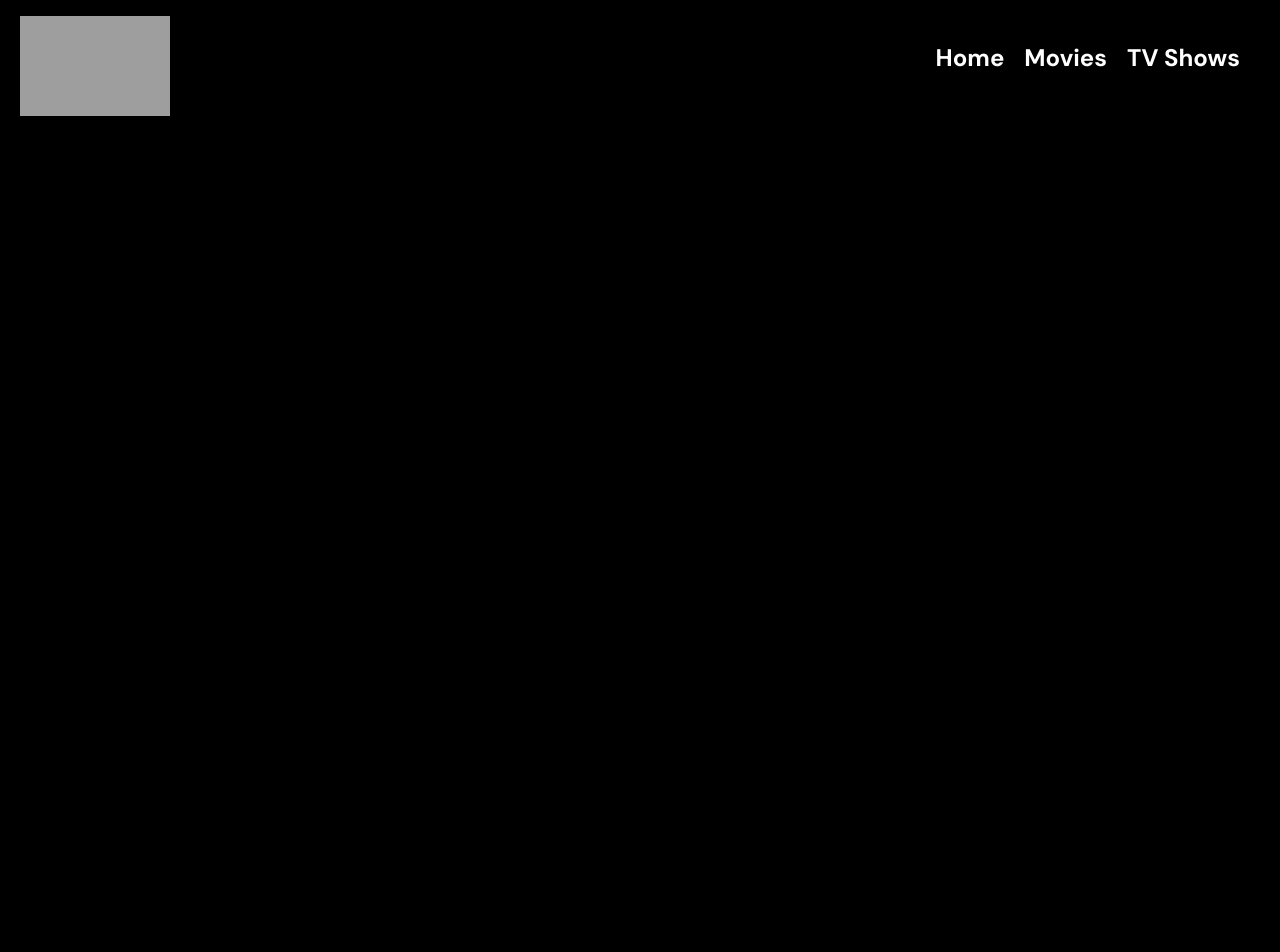
Repository: quynguyenn97/react-movie-app
Page: /
The author's editor kept a copy of each file at every save. The page is drawn from the files as they stood at one save, then again after the next save.
The browser window is 1280 px wide. The pictures show the part of the page from y = 0 to 952 px (the page is 2000 px tall before and 1996 px after).
Pictures or frames that could not be fetched are drawn as grey boxes. The page's requests for data from a server got no answer. The project was rebuilt for these pictures with package versions that can differ from the ones it lists, and the page was loaded fresh each time. No one was signed in, and anything a server would have sent is missing. Also part of the build but not shown: src/components/button/Button.js, src/hook/useDebounce.js, src/components/shows/ShowsCard.js, src/pages/ShowPage.js, src/pages/ShowDetailPage.js.

Above is the page before, as saved 2022-10-15 09:08:14.

### public/index.html
<!DOCTYPE html>
<html lang="en">
    <head>
        <meta charset="utf-8" />
        <link rel="icon" href="%PUBLIC_URL%/favicon.ico" />
        <meta name="viewport" content="width=device-width, initial-scale=1" />
        <meta name="theme-color" content="#000000" />
        <meta
            name="description"
            content="Web site created using create-react-app" />
        <link rel="apple-touch-icon" href="%PUBLIC_URL%/logo192.png" />
        <!--
      manifest.json provides metadata used when your web app is installed on a
      user's mobile device or desktop. See https://developers.google.com/web/fundamentals/web-app-manifest/
    -->
        <link rel="manifest" href="%PUBLIC_URL%/manifest.json" />
        <!--
      Notice the use of %PUBLIC_URL% in the tags above.
      It will be replaced with the URL of the `public` folder during the build.
      Only files inside the `public` folder can be referenced from the HTML.

      Unlike "/favicon.ico" or "favicon.ico", "%PUBLIC_URL%/favicon.ico" will
      work correctly both with client-side routing and a non-root public URL.
      Learn how to configure a non-root public URL by running `npm run build`.
    -->
        <link rel="preconnect" href="https://fonts.googleapis.com" />
        <link rel="preconnect" href="https://fonts.gstatic.com" crossorigin />
        <link
            href="https://fonts.googleapis.com/css2?family=DM+Sans:wght@400;500;700&display=swap"
            rel="stylesheet" />
        <title>React App</title>
    </head>
    <body>
        <noscript>You need to enable JavaScript to run this app.</noscript>
        <div id="root"></div>
        <!--
      This HTML file is a template.
      If you open it directly in the browser, you will see an empty page.

      You can add webfonts, meta tags, or analytics to this file.
      The build step will place the bundled scripts into the <body> tag.

      To begin the development, run `npm start` or `yarn start`.
      To create a production bundle, use `npm run build` or `yarn build`.
    --></body>
</html>

### src/index.js
import React from "react";
import ReactDOM from "react-dom/client";
import "./index.scss";
import App from "./App";
import reportWebVitals from "./reportWebVitals";
import { BrowserRouter } from "react-router-dom";

const root = ReactDOM.createRoot(document.getElementById("root"));
root.render(
    <BrowserRouter>
        <React.StrictMode>
            <App />
        </React.StrictMode>
    </BrowserRouter>
);

// If you want to start measuring performance in your app, pass a function
// to log results (for example: reportWebVitals(console.log))
// or send to an analytics endpoint. Learn more: https://bit.ly/CRA-vitals
reportWebVitals();

### src/index.scss
@tailwind base;
@tailwind components;
@tailwind utilities;

@layer base {
    body {
        @apply bg-black font-body px-5 text-white;
    }
}
@layer components {
    .page-container {
        max-width: 1280px;
        @apply mx-auto;
    }
    .movie-list .swiper-slide {
        width: 300px;
        height: auto;
    }
    .banner .swiper {
        height: 100%;
    }
    .btn {
        box-shadow: 0 0 6px 6px rgba(#fc2872, 0.3);
    }
    .btn-custom {
        background: linear-gradient(107.61deg, #00a7b4 15.59%, #a4d96c 87.25%);
        border-radius: 8px;
        box-shadow: 0 0 6px 6px rgba(#a4d96c, 0.3);
    }
    .contact :hover {
        color: #a4d96c;
    }
}
.pagination {
    display: flex;
    align-items: center;
    justify-content: center;
    gap: 20px;
    .selected {
        @apply text-primary;
    }
}
.skeleton {
    background-color: #eee;
    background-image: linear-gradient(
        110deg,
        #ececec 8%,
        #f5f5f5 18%,
        #ececec 33%
    );
    background-size: 200% 100%;
    animation: 1.5s shine linear infinite;
}
@keyframes shine {
    to {
        background-position-x: -200%;
    }
}

### src/App.js
import { Fragment, lazy, Suspense } from "react";
import Banner from "./banner/Banner";
import "swiper/scss";
import "swiper/css/autoplay";
import { Route, Routes } from "react-router-dom";
import Main from "./layout/Main";
import ShowPage from "./pages/ShowPage";
import ShowDetailsPage from "./pages/ShowDetailPage";
const HomePage = lazy(() => import("./pages/HomePage"));
const MovieDetailsPage = lazy(() => import("./pages/MovieDetailsPage"));
const MoviePage = lazy(() => import("./pages/MoviePage"));

function App() {
    return (
        <Fragment>
            <Suspense fallback={<></>}>
                <Routes>
                    <Route element={<Main></Main>}>
                        <Route
                            path="/"
                            element={
                                <>
                                    <Banner></Banner>
                                    <HomePage></HomePage>
                                </>
                            }></Route>
                        <Route
                            path="/movies"
                            element={<MoviePage></MoviePage>}></Route>
                        <Route
                            path="/movie/:movieId"
                            element={
                                <MovieDetailsPage></MovieDetailsPage>
                            }></Route>
                        <Route
                            path="/shows"
                            element={<ShowPage></ShowPage>}></Route>
                        <Route
                            path="/show/:showId"
                            element={
                                <ShowDetailsPage></ShowDetailsPage>
                            }></Route>
                    </Route>
                </Routes>
            </Suspense>
        </Fragment>
    );
}

export default App;

### src/banner/Banner.js
import React from "react";
import useSWR from "swr";
import { fetcher } from "../config";
import { SwiperSlide, Swiper } from "swiper/react";
import { useNavigate } from "react-router-dom";
import Button from "../components/button/Button";
import { tmdbAPI } from "../config";

const Banner = () => {
    const { data } = useSWR(tmdbAPI.getMovieList("upcoming"), fetcher);
    const movies = data?.results || [];
    return (
        <section className="banner h-[800px] page-container mb-10">
            <Swiper
                grabCursor={"true"}
                spaceBetween={40}
                slidesPerView={"auto"}>
                {movies &&
                    movies.length > 0 &&
                    movies.map((item, index) => {
                        return (
                            <SwiperSlide key={`index-${index}`}>
                                <BannerItem item={item}></BannerItem>
                            </SwiperSlide>
                        );
                    })}
            </Swiper>
        </section>
    );
};
function BannerItem({ item }) {
    const navigate = useNavigate();

    return (
        <div className="w-full h-full rounded-3xl relative flex">
            <div className="overlay absolute inset-0 bg-gradient-to-t from-[rgba(0,0,0,0.8)] to-[rgba(0,0,0,0.8)] rounded-lg"></div>
            <img
                src={tmdbAPI.imageOriginal(item.poster_path)}
                alt=""
                className="w-full h-full object-cover rounded-lg "
            />
            <>
                <div className="md:w-[250px] md:h-[400px] lg:w-[300px] lg:h-[500px] xl:w-[400px] xl:h-[600px] w-[200px] h-[400px] absolute right-[10%] top-[10%] md:top-[30%] lg:top-[20%] rounded-3xl z-10">
                    <img
                        className="w-full h-full object-cover rounded-3xl"
                        alt=""
                        src={tmdbAPI.imageOriginal(item.backdrop_path)}
                    />
                </div>
                <div className="absolute left-5 top-[30%]  md:w-[350px] lg:w-[500px] xl:w-[600px] w-[200px] text-white">
                    <h2 className="font-bold text-4xl lg:text-6xl mb-5">
                        {item.title}
                    </h2>
                    <p className="text-md lg:text-xl mb-5">{item.overview}</p>
                    <div className="flex items-center gap-x-3">
                        <Button
                            onClick={() => navigate(`/movie/${item.id}`)}
                            className="btn"
                            bgColor="bg-primary">
                            Watch now
                        </Button>
                    </div>
                </div>
            </>
        </div>
    );
}
export default Banner;

### src/layout/Main.js
import React, { Fragment } from "react";
import Header from "./Header";
import { Outlet } from "react-router-dom";
const Main = () => {
    return (
        <Fragment>
            <Header></Header>
            <Outlet></Outlet>
        </Fragment>
    );
};

export default Main;

### src/pages/HomePage.js
import React, { Fragment } from "react";
import MovieList from "../components/movie/MovieList";
import ShowsList from "../components/shows/ShowsList";
import Footer from "../layout/Footer";
const HomePage = () => {
    return (
        <Fragment>
            <section className="movies-layout page-container pb-20">
                <h2 className="text-primary capitalize mb-5 text-3xl font-bold">
                    Now playing
                </h2>
                <MovieList></MovieList>
                <div className="movie-list grid grid-cols-4 gap-10"></div>
            </section>
            <section className="movies-layout page-container pb-20">
                <h2 className="text-primary capitalize mb-5 text-3xl font-bold">
                    Top Rated
                </h2>
                <MovieList type="top_rated"></MovieList>
            </section>
            <section className="movies-layout page-container pb-20">
                <h2 className="text-primary capitalize mb-5 text-3xl font-bold">
                    Trending
                </h2>
                <MovieList type="popular"></MovieList>
            </section>
            <section className="movies-layout page-container pb-20">
                <h2 className="text-[#88d13a] capitalize mb-5 text-3xl font-bold">
                    TV Shows
                </h2>
                <ShowsList type="popular"></ShowsList>
            </section>
            <Footer />
        </Fragment>
    );
};

export default HomePage;

### src/config.js
export const fetcher = (...args) => fetch(...args).then((res) => res.json());
export const apiKey = "5b6bd71d2eb24fb649d55629a64802ff";
const tmdbEndpoint = "https://api.themoviedb.org/3/movie";
const tmdbEndpointTV = "https://api.themoviedb.org/3/tv";
const tmdbEndpointSearch = "https://api.themoviedb.org/3/search/movie";
const tmdbEndpointSearchTV = "https://api.themoviedb.org/3/search/tv";
export const tmdbAPI = {
    getMovieList: (type, page = 2) =>
        `${tmdbEndpoint}/${type}?api_key=${apiKey}&page=${page}`,
    getMovieDetails: (movieId) =>
        `${tmdbEndpoint}/${movieId}?api_key=${apiKey}`,
    getMovieMeta: (movieId, type) =>
        `${tmdbEndpoint}/${movieId}/${type}?api_key=${apiKey}`,
    getMovieSearch: (query, page) =>
        `${tmdbEndpointSearch}?api_key=${apiKey}&query=${query}&page=${page}`,
    getTVList: (type, page = 1) =>
        `${tmdbEndpointTV}/${type}?api_key=${apiKey}&page=${page}`,
    getTVSearch: (query, page) =>
        `${tmdbEndpointSearchTV}?api_key=${apiKey}&query=${query}&page=${page}`,
    getTVDetails: (showId) => `${tmdbEndpointTV}/${showId}?api_key=${apiKey}`,
    getTVMeta: (showId, type) =>
        `${tmdbEndpointTV}/${showId}/${type}?api_key=${apiKey}`,

    imageOriginal: (url) => `https://image.tmdb.org/t/p/original/${url}`,
    image500: (url) => `https://image.tmdb.org/t/p/w500/${url}`,
};

### src/layout/Header.js
import React from "react";
import { NavLink } from "react-router-dom";

const Header = () => {
    return (
        <header>
            <div className="flex items-center justify-between page-container flex-wrap sm:flex-nowrap ">
                <div className="w-[250px] h-[50px] sm:w-[150px] sm:h-[100px] mx-auto sm:mx-0 mt-4">
                    <img
                        src="https://i0.wp.com/www.downloadfonts.io/wp-content/uploads/2021/09/Netflix-Logo-Font.png?fit=1024%2C581&ssl=1"
                        alt=""
                        className="object-cover w-full h-full"
                    />
                </div>
                <div className="header flex items-center justify-end mr-0 md:mr-5 gap-x-2 md:gap-x-5 text-white py-10  text-2xl sm:text-2xl font-bold">
                    <NavLink
                        to="/"
                        className={({ isActive }) =>
                            isActive ? "text-white" : ""
                        }>
                        Home
                    </NavLink>
                    <NavLink
                        to="/movies"
                        className={({ isActive }) =>
                            isActive ? "text-primary" : ""
                        }>
                        Movies
                    </NavLink>
                    <NavLink
                        to="/shows"
                        className={({ isActive }) =>
                            isActive ? "text-[#52851b]" : ""
                        }>
                        TV Shows
                    </NavLink>
                </div>
            </div>
        </header>
    );
};

export default Header;

### src/components/movie/MovieList.js
import React, { useEffect, useState } from "react";
import { SwiperSlide, Swiper } from "swiper/react";
import useSWR from "swr";
import { fetcher } from "../../config";
import MovieCard, { MovieCardSkeleton } from "./MovieCard";
import { tmdbAPI } from "../../config";

const MovieList = ({ type = "now_playing" }) => {
    const { data, error } = useSWR(tmdbAPI.getMovieList(type), fetcher);
    const isLoading = !data && !error;
    const movie = data?.results || [];
    return (
        <div className="movie-list">
            {isLoading && (
                <>
                    <Swiper
                        grabCursor={"true"}
                        spaceBetween={40}
                        slidesPerView={"auto"}>
                        <SwiperSlide>
                            <MovieCardSkeleton></MovieCardSkeleton>
                        </SwiperSlide>
                        <SwiperSlide>
                            <MovieCardSkeleton></MovieCardSkeleton>
                        </SwiperSlide>
                        <SwiperSlide>
                            <MovieCardSkeleton></MovieCardSkeleton>
                        </SwiperSlide>
                        <SwiperSlide>
                            <MovieCardSkeleton></MovieCardSkeleton>
                        </SwiperSlide>
                        <SwiperSlide>
                            <MovieCardSkeleton></MovieCardSkeleton>
                        </SwiperSlide>
                    </Swiper>
                </>
            )}
            {!isLoading && (
                <Swiper
                    grabCursor={"true"}
                    spaceBetween={40}
                    slidesPerView={"auto"}>
                    {movie &&
                        movie.length > 0 &&
                        movie.map((item) => {
                            return (
                                <SwiperSlide key={`movie-${item.id}`}>
                                    <MovieCard item={item}></MovieCard>
                                </SwiperSlide>
                            );
                        })}
                </Swiper>
            )}
        </div>
    );
};

export default MovieList;

### src/components/shows/ShowsList.js
import React from "react";
import { SwiperSlide, Swiper } from "swiper/react";
import useSWR from "swr";
import { fetcher } from "../../config";
import { MovieCardSkeleton } from "../movie/MovieCard";
import { tmdbAPI } from "../../config";
import ShowsCard from "./ShowsCard";

const ShowList = ({ type = "top_rated" }) => {
    const { data, error } = useSWR(tmdbAPI.getTVList(type), fetcher);
    const isLoading = !data && !error;
    const show = data?.results || [];
    return (
        <div className="movie-list">
            {isLoading && (
                <>
                    <Swiper
                        grabCursor={"true"}
                        spaceBetween={40}
                        slidesPerView={"auto"}>
                        <SwiperSlide>
                            <MovieCardSkeleton></MovieCardSkeleton>
                        </SwiperSlide>
                        <SwiperSlide>
                            <MovieCardSkeleton></MovieCardSkeleton>
                        </SwiperSlide>
                        <SwiperSlide>
                            <MovieCardSkeleton></MovieCardSkeleton>
                        </SwiperSlide>
                        <SwiperSlide>
                            <MovieCardSkeleton></MovieCardSkeleton>
                        </SwiperSlide>
                        <SwiperSlide>
                            <MovieCardSkeleton></MovieCardSkeleton>
                        </SwiperSlide>
                    </Swiper>
                </>
            )}
            {!isLoading && (
                <Swiper
                    grabCursor={"true"}
                    spaceBetween={40}
                    slidesPerView={"auto"}>
                    {show &&
                        show.length > 0 &&
                        show.map((item) => {
                            return (
                                <SwiperSlide key={`movie-${item.id}`}>
                                    <ShowsCard item={item}></ShowsCard>
                                </SwiperSlide>
                            );
                        })}
                </Swiper>
            )}
        </div>
    );
};

export default ShowList;

### src/layout/Footer.js
import React from "react";

const Footer = () => {
    return (
        <div className="w-full h-[500px] relative page-container">
            <img
                src="https://movie-clone-sigma.vercel.app/static/media/footer-bg.67e95f05e76a8cebf7e2.jpg"
                alt=""
                className="object-cover h-[500px] w-full absolute"
            />
            <h3 className="text-[#fc2872] absolute text-2xl font-bold bottom-[45%] left-[45%] contact">
                <a href="https://www.facebook.com/nguyenhoangtrongquy/">
                    Contact Me
                </a>
            </h3>
        </div>
    );
};

export default Footer;

### src/components/loading/LoadingSkeleton.js
import React from "react";

const LoadingSkeleton = (props) => {
    return (
        <div
            className={`skeleton ${props.className}`}
            style={{
                height: props.height,
                width: props.width || "100%",
                borderRadius: props.radius,
            }}></div>
    );
};

export default LoadingSkeleton;

### tailwind.config.js
/** @type {import('tailwindcss').Config} */
module.exports = {
    content: ["./src/**/*.{js,jsx,ts,tsx}"],
    theme: {
        extend: {
            fontFamily: {
                body: ["DM sans", "sans-serif"],
            },
            colors: {
                primary: "#FC2872",
                secondary: "#6F5CF1",
            },
        },
    },
    plugins: [],
};

Loaded but not shown: src/reportWebVitals.js (common file); src/components/movie/MovieCard.js (87 lines, source omitted)

After the next save:
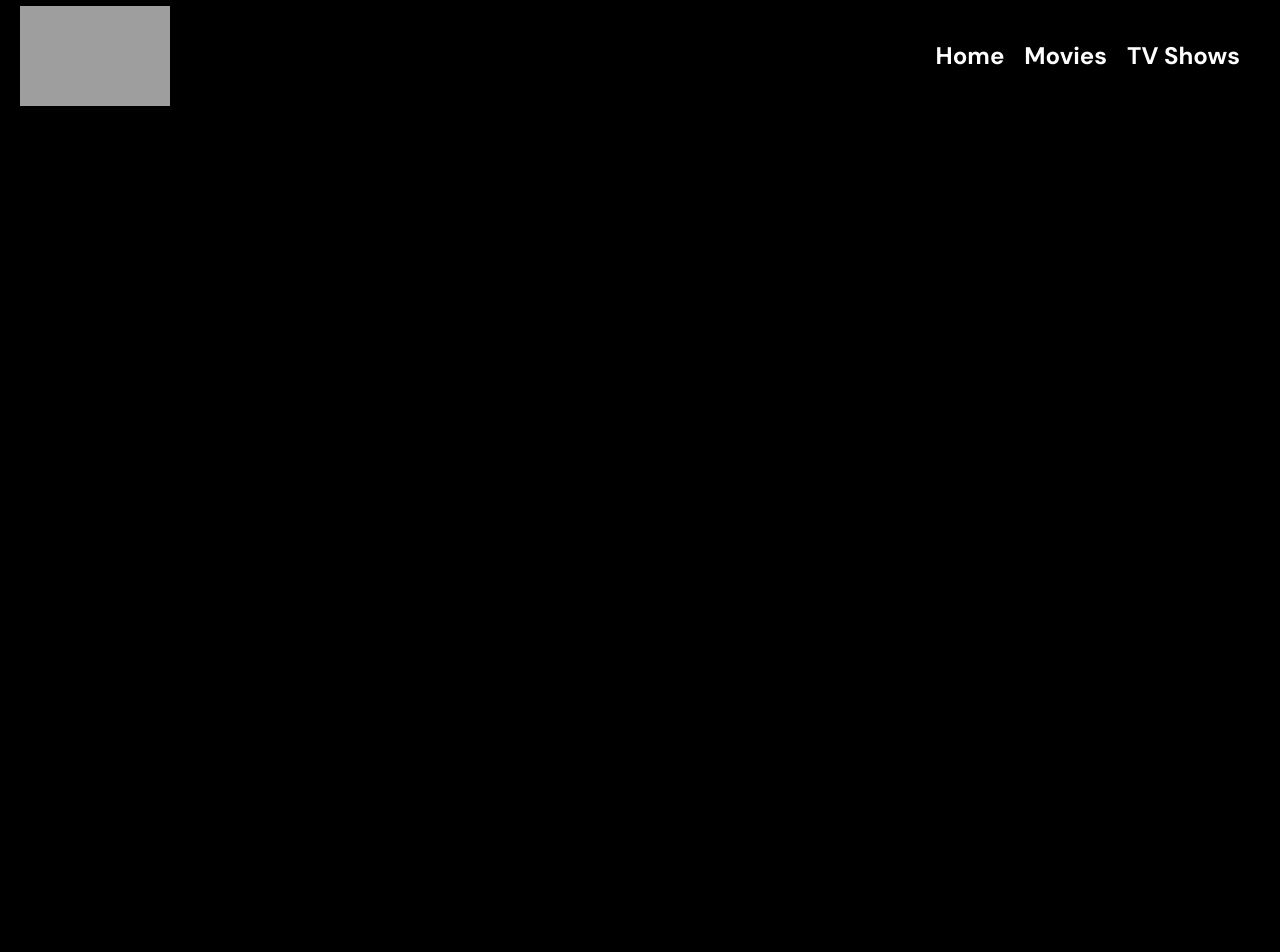
Saved 11 s later.
--- a/src/layout/Header.js
+++ b/src/layout/Header.js
@@ -5,7 +5,7 @@ const Header = () => {
     return (
         <header>
             <div className="flex items-center justify-between page-container flex-wrap sm:flex-nowrap ">
-                <div className="w-[250px] h-[50px] sm:w-[150px] sm:h-[100px] mx-auto sm:mx-0 mt-4">
+                <div className="w-[250px] h-[50px] sm:w-[150px] sm:h-[100px] mx-auto sm:mx-0 mt-4 sm:mt-0">
                     <img
                         src="https://i0.wp.com/www.downloadfonts.io/wp-content/uploads/2021/09/Netflix-Logo-Font.png?fit=1024%2C581&ssl=1"
                         alt=""
